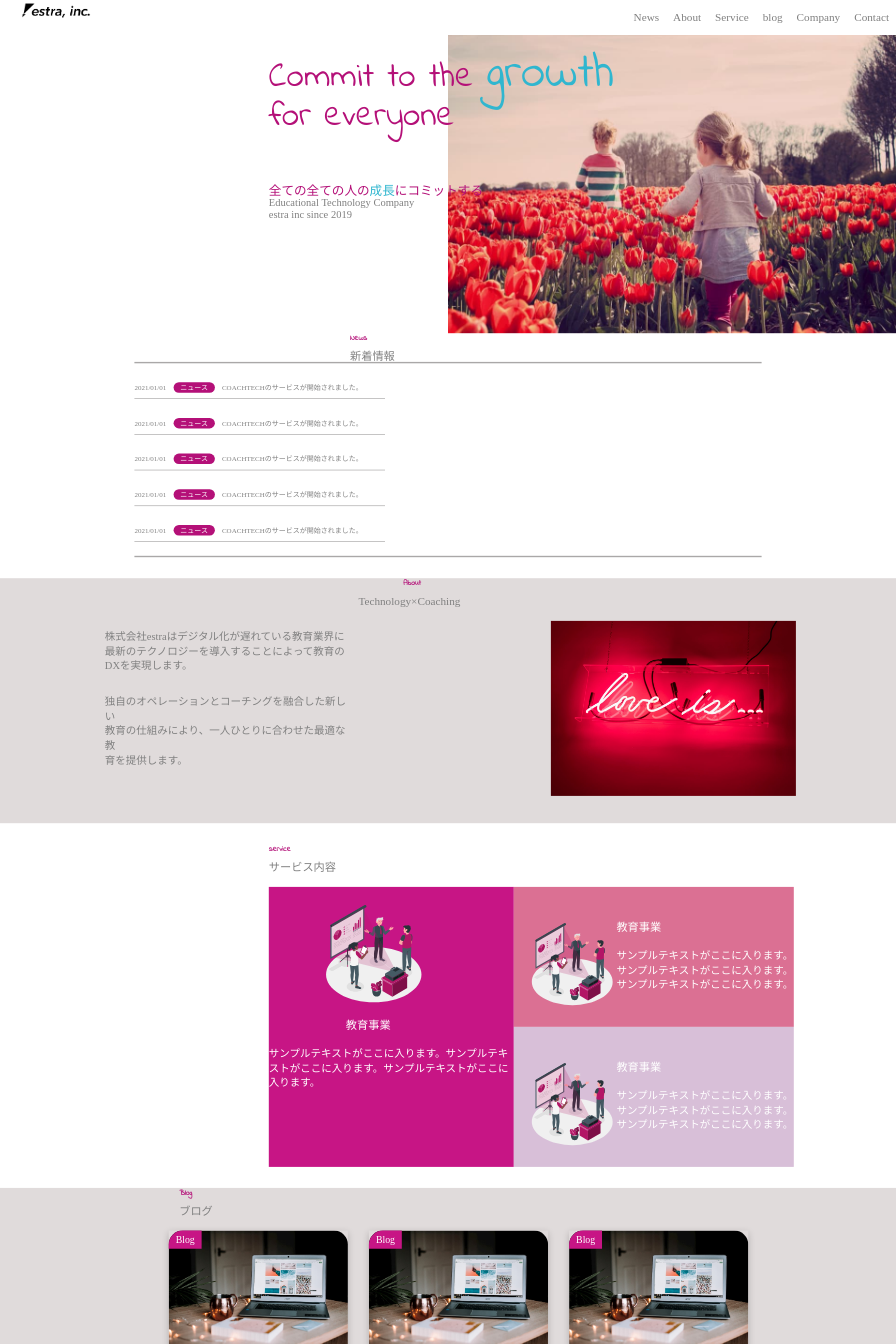
Repository: sigemasaasuka/20210902
Page: index.html
These files come from the project's save history. The page is drawn as it stood at one moment and after the next save; the edit follows.
The browser window is 1280 px wide. The pictures show the part of the page from y = 0 to 1920 px (the page is 3296 px tall before and 3316 px after), at 70% of full size.

Above is the page before, as saved 2021-10-03 14:06:44.

After the next save:
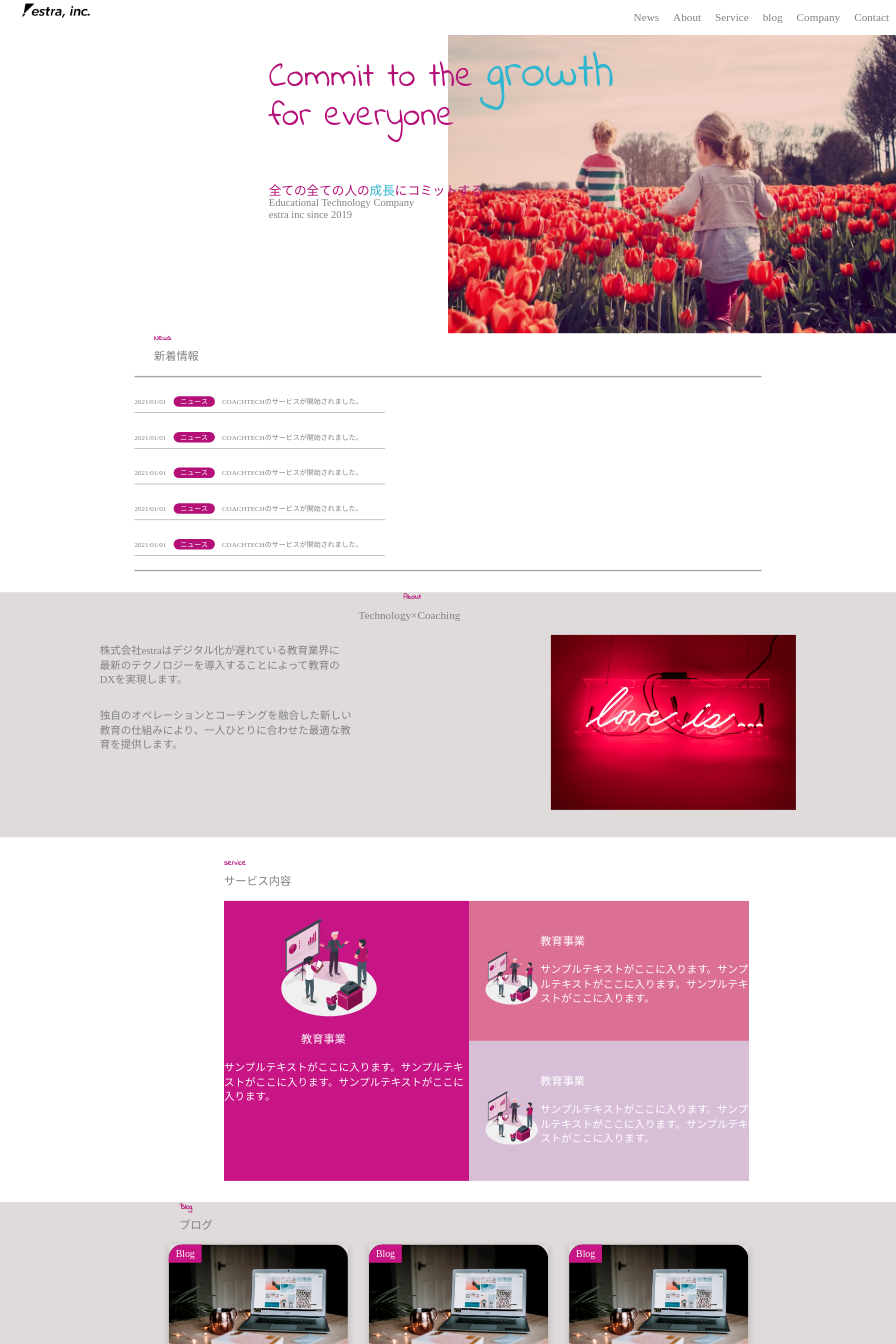
Saved 47 h 3 min later.
--- a/css/style.css
+++ b/css/style.css
@@ -77,13 +77,14 @@
 .smlltitle-news {
   color: #b41078;
   font-family: "Indie Flower", cursive;
-  margin-left: 500px;
+  margin-left: 220px;
 }
 
 .list-news {
   color: gray;
-  margin-left: 500px;
-  margin-top: 10px;
+  margin-left: 220px;
+  margin-top: 10px;
+  margin-bottom: 20px;
 }
 
 .local {
@@ -143,14 +144,12 @@
 .relate {
   color: gray;
   font-size: 15px;
-  margin-left: 2%;
   margin-top: 30px;
 }
 
 .relate-txt {
   color: gray;
   font-size: 15px;
-  margin-left: 2%;
   margin-top: 30px;
 }
 
@@ -163,13 +162,13 @@
 .smlltitle-service {
   color: #b41078;
   font-family: "Indie Flower", cursive;
-  margin-left: 30%;
+  margin-left: 25%;
   margin-top: 30px;
 }
 
 .list-service {
   color: gray;
-  margin-left: 30%;
+  margin-left: 25%;
   margin-top: 10px;
 }
 
@@ -179,7 +178,7 @@
 .colored-service {
   background-color: #c71585;
   margin-top: 20px;
-  margin-left: 30%;
+  margin-left: 25%;
   width: 350px;
   height: 400px;
 }
@@ -341,7 +340,7 @@
 }
 
 .company {
-  margin-left: 20%;
+  margin-left: 25%;
 }
 
 .smlltitle-company {
@@ -380,31 +379,39 @@ table th {
 .second-employ {
   position: absolute;
   top: 50%;
-  left: 20%;
+  left: 30%;
   font-size: 20px;
   color: #fff;
 }
 
+.photo2 {
+  width: 50%;
+}
+
 .recruit {
   position: relative;
+  width: 100%;
+  height: 300px;
+  background: url(../img/img/recruit.png) no-repeat;
+  margin-top: 30px;
+}
+
+.photo3 {
   width: 50%;
+}
+
+.interview {
+  position: relative;
+  width: 100%;
   height: 300px;
-  background: url(../img/img/recruit.png) no-repeat ;
-  margin-top: 30px;
-}
-
-.interview {
-  position: relative;
-  width: 50%;
-  height: 300px;
-  background: url(../img/img/interview.png) no-repeat ;
+  background: url(../img/img/interview.png) no-repeat;
   margin-top: 30px;
 }
 
 .second-interview {
   position: absolute;
   top: 50%;
-  left: 70%;
+  left: 45%;
   font-size: 20px;
   color: #fff;
 }
@@ -456,6 +463,6 @@ table th {
 .second-question {
   color: #000;
   font-size: 10px;
-  margin-left: 45%;
+  margin-left: 40%;
   line-height: 30px;
 }
